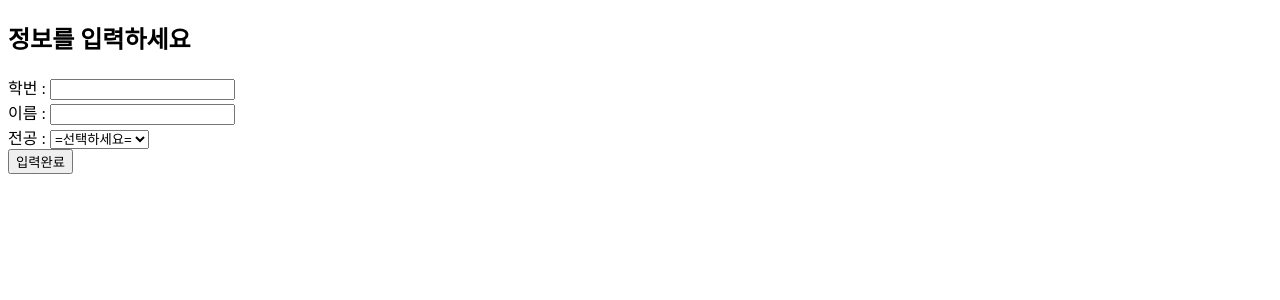
Repository: ceooyh/JSP
Page: http://localhost/step02/ex7_03Pro.jsp
The author's editor kept a copy of each file at every save. The page is drawn from the files as they stood at one save, then again after the next save.
The browser window is 1280 px wide. The pictures show the whole page.
The page is served by Tomcat 9. Other server files are loaded and not shown.

Above is the page before, as saved 2020-12-29 05:32:51.

### step02/WebContent/ex7_03Pro.jsp
<%@ page language="java" contentType="text/html; charset=UTF-8"
    pageEncoding="UTF-8"%>
<!DOCTYPE html>
<html>
<head>
<meta charset="UTF-8">
<title>Insert title here</title>
</head>
<body>
	<h2>정보를 입력하세요</h2>
	<form action="ex7_03form.jsp" method="post">
		학번 : <input type="text" name="name"><br>
		이름 : <input type="text" name="hak"><br>
		전공 : <select name="major">
						<option value="0" selected>=선택하세요=</option>
						<option value="컴퓨터공학">컴퓨터공학</option>
						<option value="전자공학">전자공학</option>
						<option value="기계공학">기계공학</option>
		</select><br>
		<input type="submit" value="입력완료">
	</form>
</body>
</html>

After the next save:
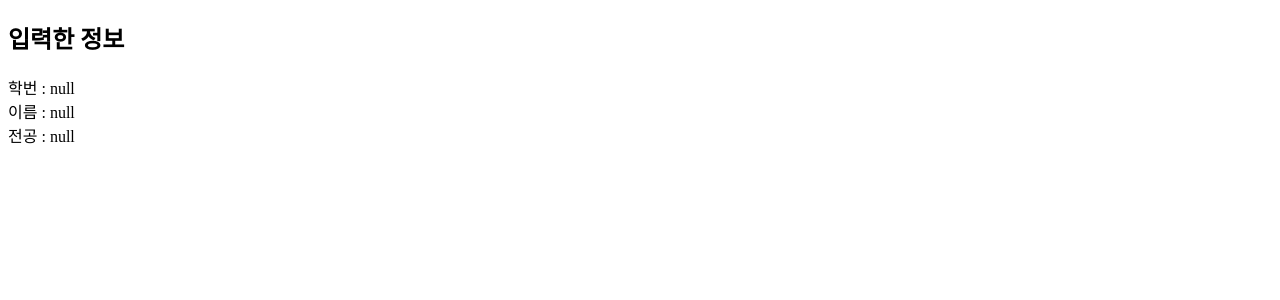
Saved 2 s later.
--- a/step02/WebContent/ex7_03Pro.jsp
+++ b/step02/WebContent/ex7_03Pro.jsp
@@ -7,17 +7,15 @@
 <title>Insert title here</title>
 </head>
 <body>
-	<h2>정보를 입력하세요</h2>
-	<form action="ex7_03form.jsp" method="post">
-		학번 : <input type="text" name="name"><br>
-		이름 : <input type="text" name="hak"><br>
-		전공 : <select name="major">
-						<option value="0" selected>=선택하세요=</option>
-						<option value="컴퓨터공학">컴퓨터공학</option>
-						<option value="전자공학">전자공학</option>
-						<option value="기계공학">기계공학</option>
-		</select><br>
-		<input type="submit" value="입력완료">
-	</form>
+	<h2>입력한 정보</h2>
+	<% request.setCharacterEncoding("utf-8"); %>
+	<%
+		String hak = request.getParameter("hak");
+		String name = request.getParameter("name");
+		String major = request.getParameter("major");
+	%>
+	학번 : <%=hak %><br>
+	이름 : <%=name %><br>
+	전공 : <%=major %><br>
 </body>
 </html>
